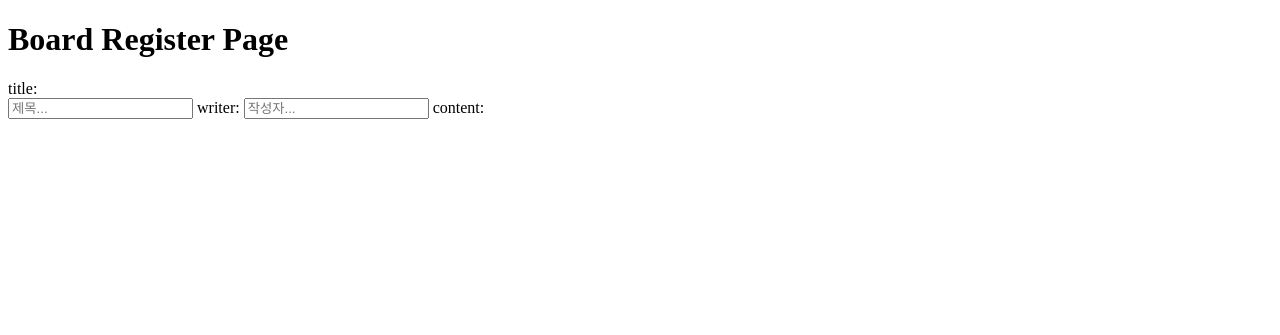
Repository: csk3830/jsp
Page: http://localhost/jsp_study/board/register.jsp
The author's editor kept a copy of each file at every save. The page is drawn from the files as they stood at one save, then again after the next save.
The browser window is 1280 px wide. The pictures show the whole page.
The page is served by Tomcat 9. Other server files are loaded and not shown.

Above is the page before, as saved 2024-10-22 06:05:13.

### jsp_study/src/main/webapp/board/register.jsp
<%@ page language="java" contentType="text/html; charset=UTF-8"
    pageEncoding="UTF-8"%>
<!DOCTYPE html>
<html>
<head>
<meta charset="UTF-8">
<title>Insert title here</title>
</head>
<body>
	<h1>Board Register Page</h1>
	title:<br>
	<!-- name의 값은 VO의 객체의 값과 같아야 함. 필수. -->
	<input type="text" name="title" placeholder="제목...">
	writer:
	<input type="text" name="writer" placeholder="작성자...">
	content:
</body>
</html>

After the next save:
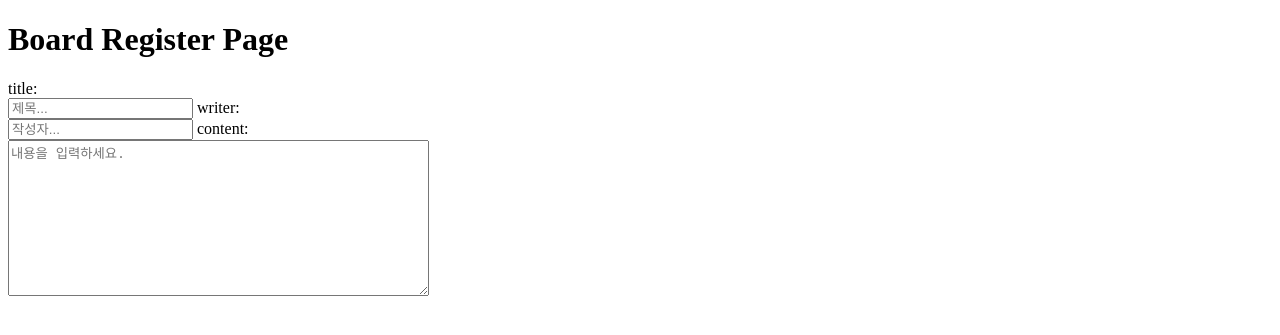
Saved 29 s later.
--- a/jsp_study/src/main/webapp/board/register.jsp
+++ b/jsp_study/src/main/webapp/board/register.jsp
@@ -11,8 +11,9 @@
 	title:<br>
 	<!-- name의 값은 VO의 객체의 값과 같아야 함. 필수. -->
 	<input type="text" name="title" placeholder="제목...">
-	writer:
+	writer: <br>
 	<input type="text" name="writer" placeholder="작성자...">
-	content:
+	content: <br>
+	<textarea rows="10" cols="50" name="content" placeholder="내용을 입력하세요."></textarea>
 </body>
 </html>
